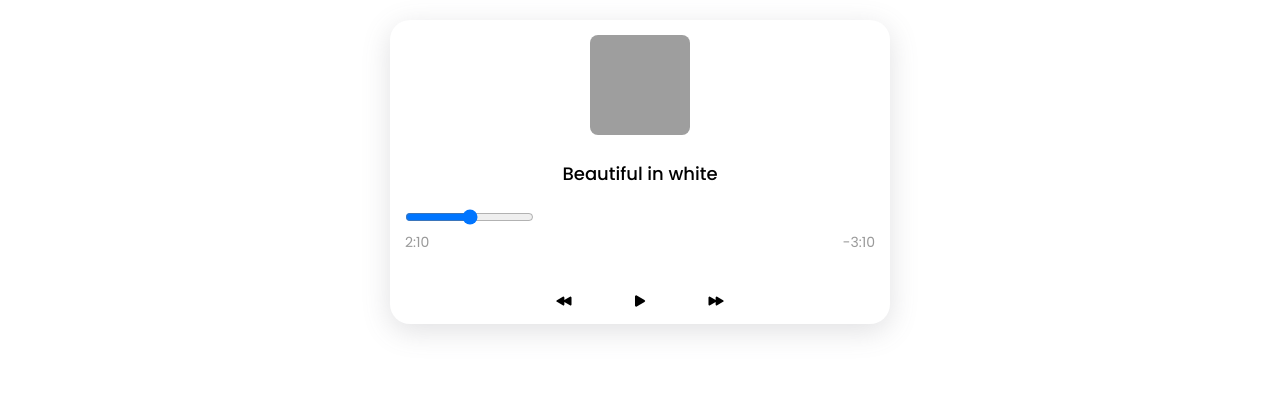
Repository: quyenpv10/mp3__music
Page: index.html
An editor plug-in stored every save of this project. The page is shown before and after the next save, followed by the edit.
The browser window is 1280 px wide. The pictures show the whole page.
Pictures or frames that could not be fetched are drawn as grey boxes.

Above is the page before, as saved 2021-12-10 20:09:30.

### index.html
<!DOCTYPE html>
<html lang="en">

<head>
    <meta charset="UTF-8">
    <meta http-equiv="X-UA-Compatible" content="IE=edge">
    <meta name="viewport" content="width=device-width, initial-scale=1.0">
    <title>Mp3 Player</title>
    <link rel="preconnect" href="https://fonts.googleapis.com">
    <link rel="preconnect" href="https://fonts.gstatic.com" crossorigin>
    <link href="https://fonts.googleapis.com/css2?family=Mulish:wght@300;400;500;700&family=Poppins:wght@300;400;500;600;700&display=swap" rel="stylesheet">
    <link rel="stylesheet" href="./app.css">
    <script type="module" src="https://unpkg.com/ionicons@5.5.2/dist/ionicons/ionicons.esm.js"></script>
    <script nomodule src="https://unpkg.com/ionicons@5.5.2/dist/ionicons/ionicons.js"></script>
</head>

<body>
    <div class="music">
        <div class="music-thumb">
            <img src="./images/8L0A0168.jpg" alt="">
        </div>
        <h3 class="music-name">Beautiful in white</h3>
        <input type="range" name="song" id="song">
        <div class="timer">
            <div class="duration">2:10</div>
            <div class="remaining">-3:10</div>
        </div>
        <div class="controls">
            <ion-icon name="play-back" class="play-back"></ion-icon>
            <ion-icon name="play" class="play"></ion-icon>
            <ion-icon name="play-forward" class="play-forward"></ion-icon>

        </div>
    </div>

</body>

</html>

### app.css
html {
    box-sizing: border-box;
}

* {
    margin: 0;
    padding: 0;
}

*,
*:before,
*:after {
    box-sizing: border-box;
}

input,
textarea,
select,
button {
    outline: none;
}

input {
    line-height: normal;
}

label,
button {
    cursor: pointer;
}

a {
    text-decoration: none;
}

img {
    display: block;
    max-width: 100%;
}

body {
    font-family: 'Poppins', sans-serif;
    padding: 20px;
}

.music {
    max-width: 500px;
    margin: 0 auto;
    border-radius: 20px;
    background-color: white;
    box-shadow: rgba(100, 100, 111, 0.2) 0px 7px 29px 0px;
    padding: 15px;
}

.music-thumb {
    width: 100px;
    height: 100px;
    margin: 0 auto 25px;
}

.music-thumb img {
    width: 100%;
    height: 100%;
    object-fit: cover;
    border-radius: 8px;
}

.music-name {
    font-size: 18px;
    font-weight: 500;
    text-align: center;
    margin-bottom: 20px;
}

.timer {
    display: flex;
    justify-content: space-between;
    align-items: center;
    font-size: 14px;
    color: #999;
    margin-bottom: 40px;
}

.controls {
    display: flex;
    justify-content: center;
    align-items: center;
    gap: 0 60px;
}

After the next save:
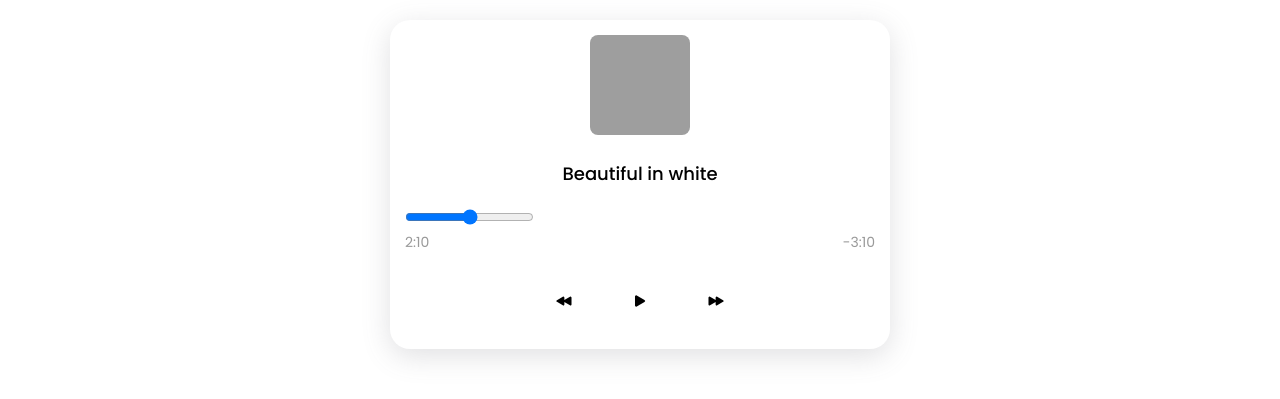
Saved 25 s later.
--- a/app.css
+++ b/app.css
@@ -49,7 +49,7 @@ body {
     border-radius: 20px;
     background-color: white;
     box-shadow: rgba(100, 100, 111, 0.2) 0px 7px 29px 0px;
-    padding: 15px;
+    padding: 15px 15px 40px;
 }
 
 .music-thumb {
